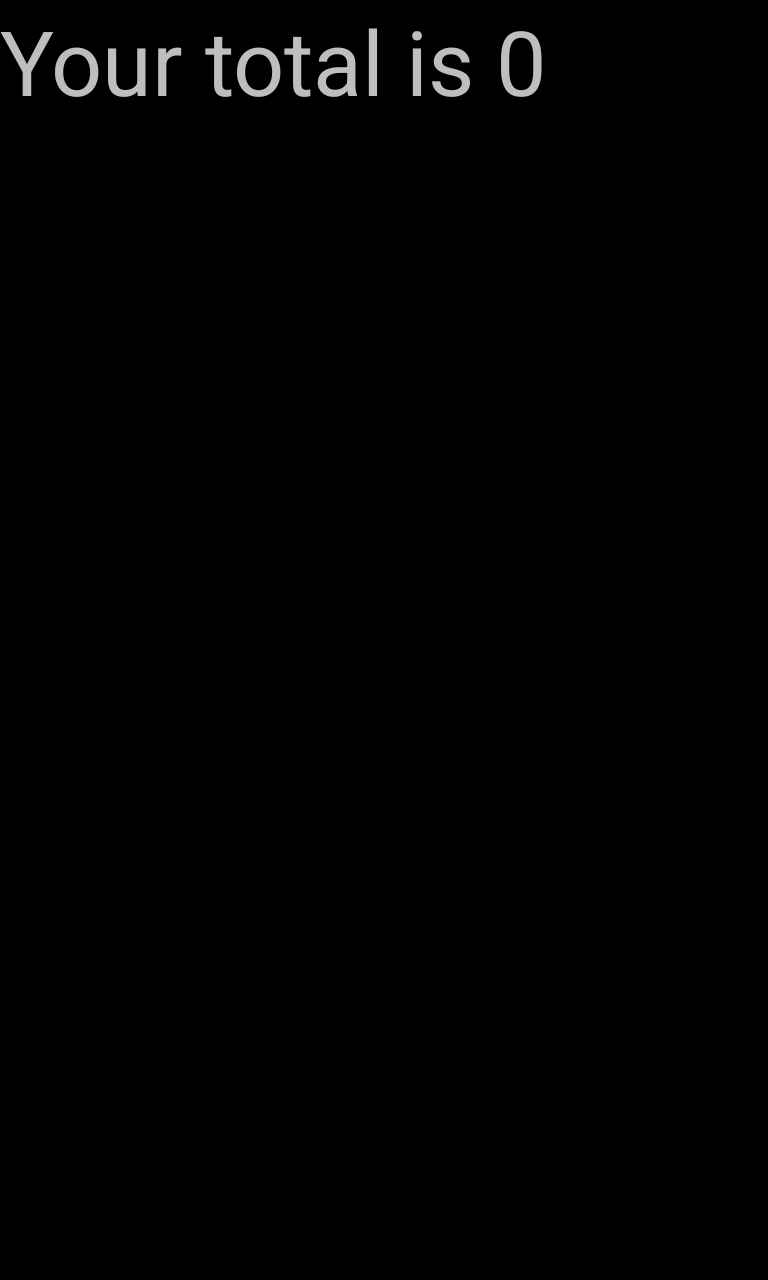
Repository: lcbasu/android
Layout: adt/TheNewBoston/res/layout/activity_starting_point.xml
An editor plug-in stored every save of this project. The layout is shown before and after a run of saves, followed by the edit.
It is drawn on a 768 x 1280 px phone screen (xhdpi) without system bars, with theme android:Theme; the app's code is not run.

Above is the layout before, as saved 2014-05-18 04:13:35.

After the next 2 saves:
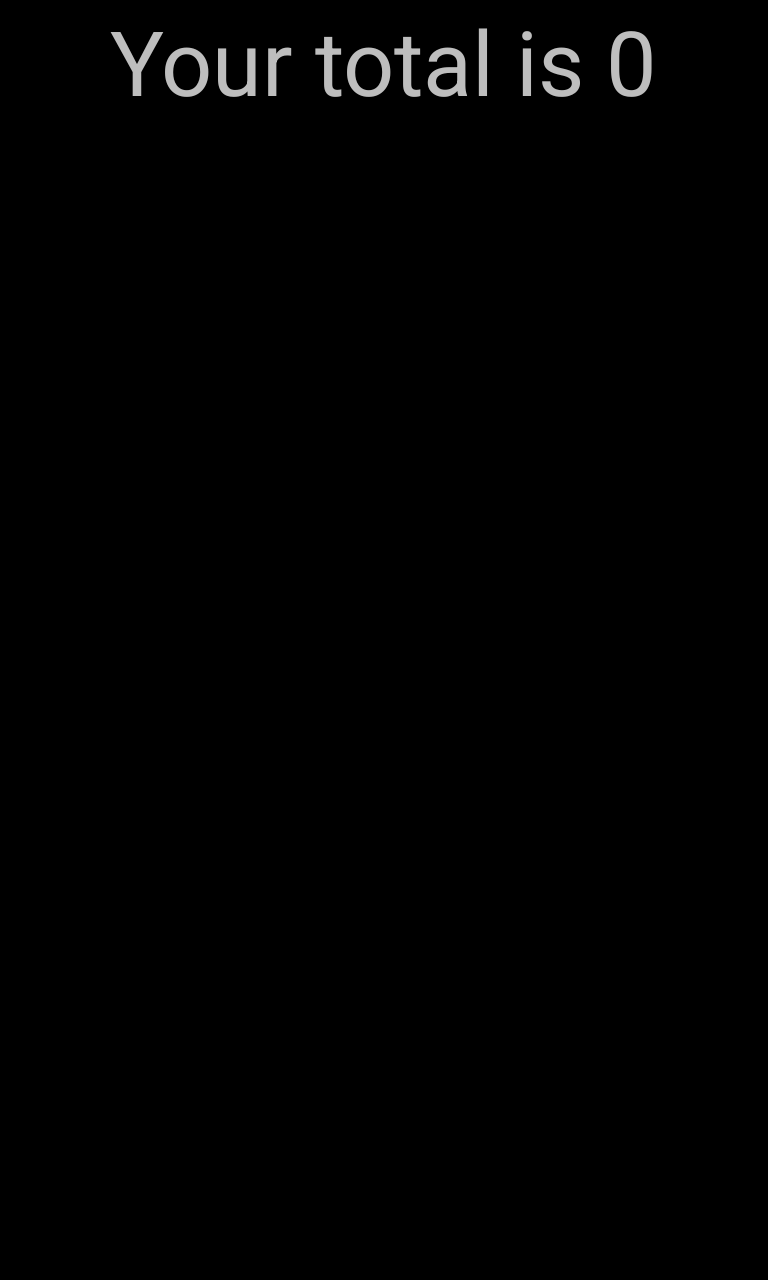
The 2 saves are shown as one change because 1 did not build or start.
The last was saved 72 s later.
--- a/adt/TheNewBoston/res/layout/activity_starting_point.xml
+++ b/adt/TheNewBoston/res/layout/activity_starting_point.xml
@@ -8,6 +8,7 @@
         android:layout_width="wrap_content"
         android:layout_height="wrap_content"
         android:text="Your total is 0"
-        android:textSize="45dp" />
+        android:textSize="45dp"
+        android:layout_gravity="center" />
 
 </LinearLayout>

After the 5 saves that followed:
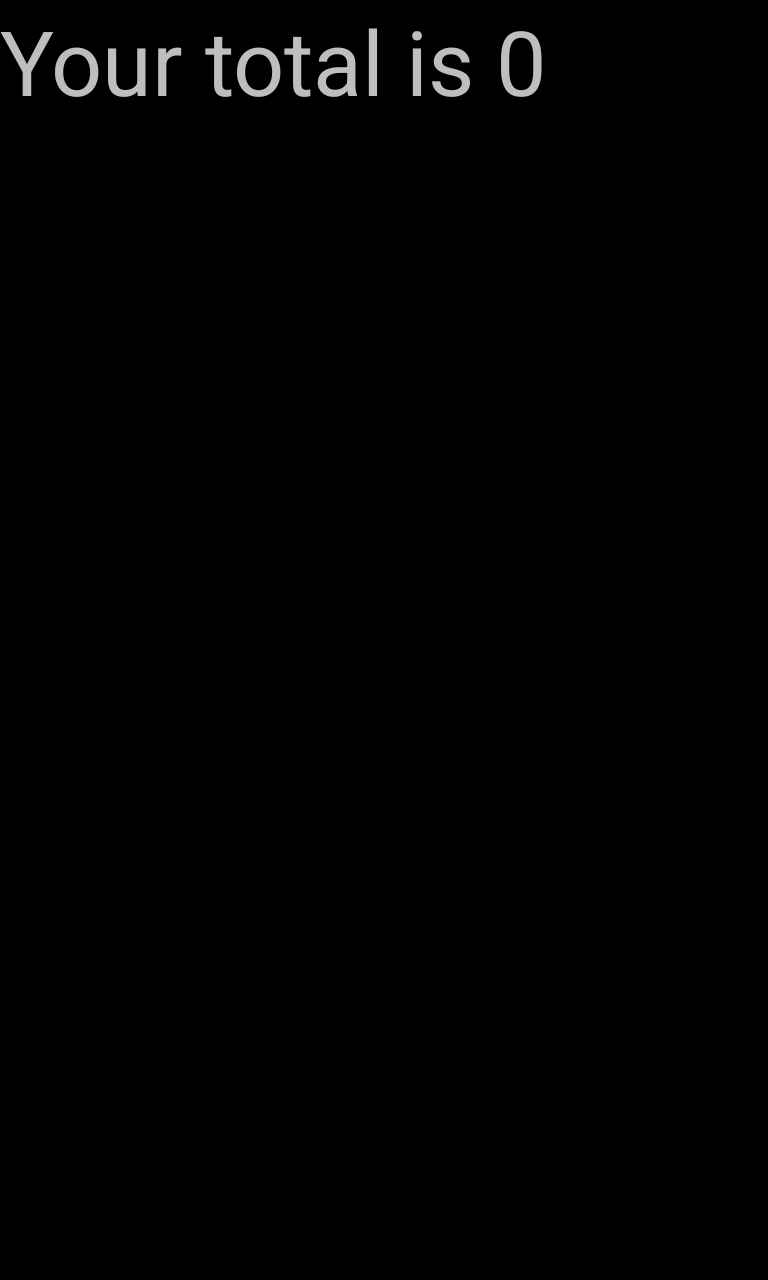
The 5 saves are shown as one change because 3 left the picture as it was and some came seconds apart.
The last was saved 5 min 21 s later.
--- a/adt/TheNewBoston/res/layout/activity_starting_point.xml
+++ b/adt/TheNewBoston/res/layout/activity_starting_point.xml
@@ -5,10 +5,10 @@
     android:orientation="vertical" >
 
     <TextView
-        android:layout_width="wrap_content"
+        android:layout_width="fill_parent"
         android:layout_height="wrap_content"
         android:text="Your total is 0"
-        android:textSize="45dp"
+        android:textSize="45sp"
         android:layout_gravity="center" />
 
 </LinearLayout>
